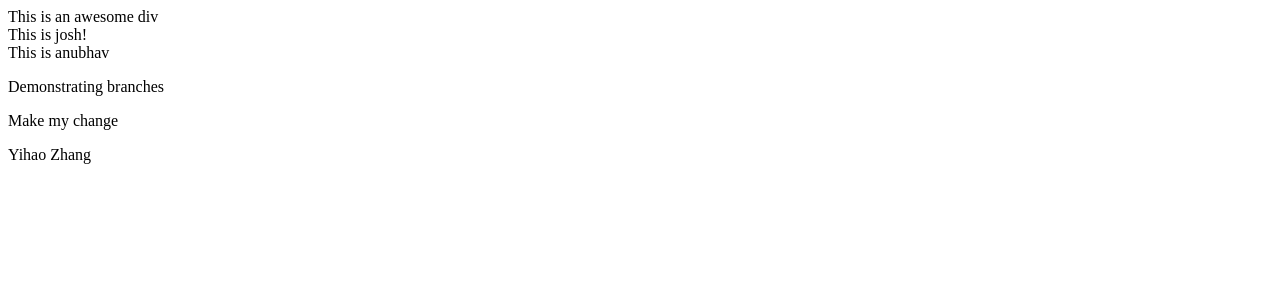
Repository: camelCaseStyle/git-demo
Page: index.html
The author's editor kept a copy of each file at every save. The page is drawn from the files as they stood at one save, then again after the next save.
The browser window is 1280 px wide. The pictures show the whole page.

Above is the page before, as saved 2023-04-06 17:06:01.

After the next save:
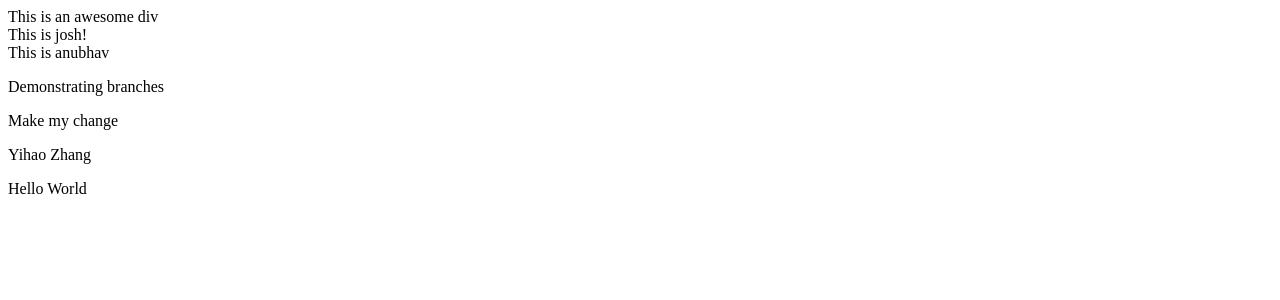
Saved 91 s later.
--- a/index.html
+++ b/index.html
@@ -13,5 +13,6 @@
  <p>Demonstrating branches</p>
  <p>Make my change</p>
  <p>Yihao Zhang</p>
+ <p>Hello World</p>
 </body>
 </html>
